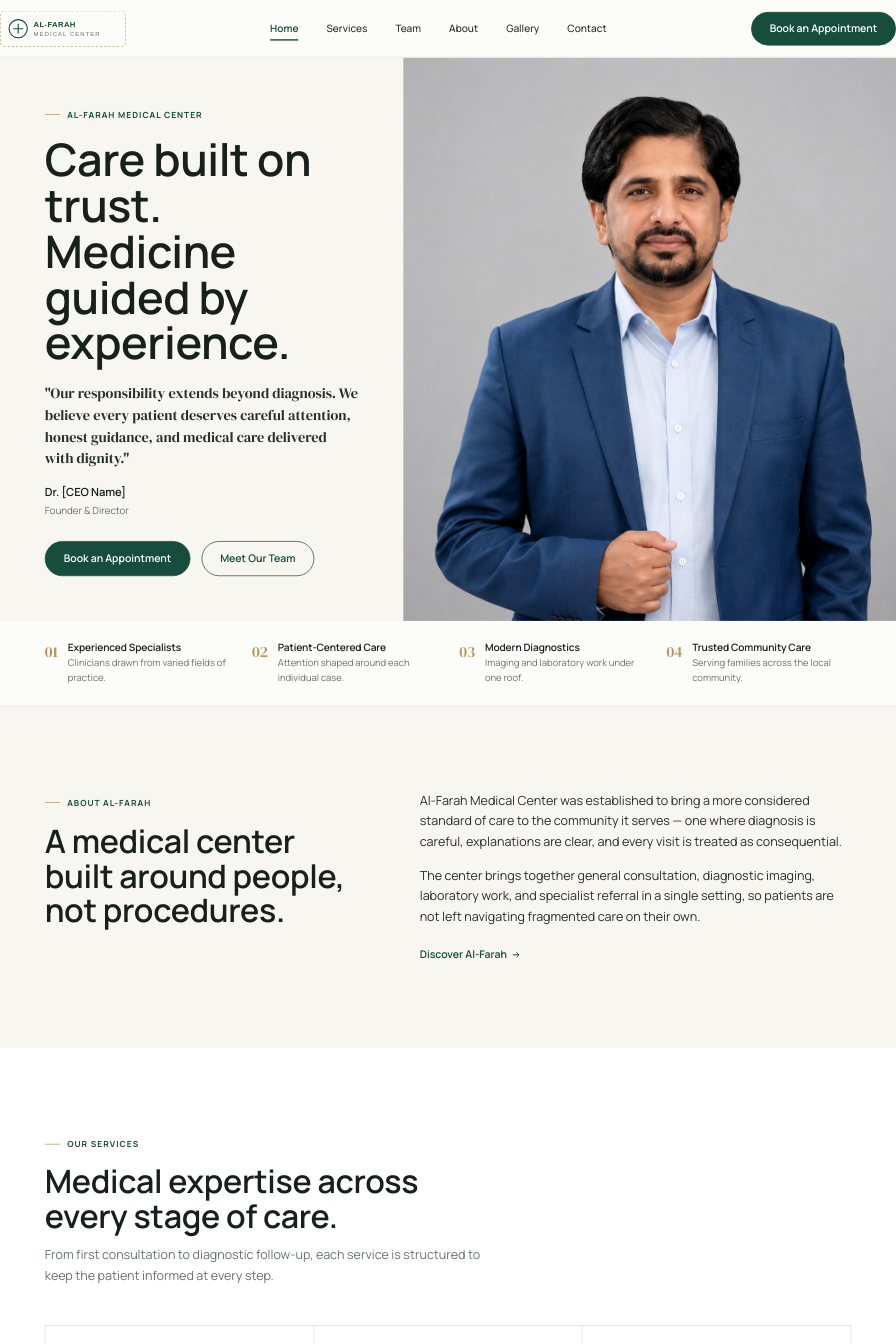
Repository: mraeesaziz45/al-farah
Page: index.html
An editor plug-in stored every save of this project. The page is shown before and after the next save, followed by the edit.
The browser window is 1280 px wide. The pictures show the part of the page from y = 0 to 1920 px (the page is 5881 px tall before and 5846 px after), at 70% of full size.

Above is the page before, as saved 2026-09-08 16:12:36.

### index.html
<!DOCTYPE html>
<html lang="en">
<head>
<meta charset="UTF-8">
<meta name="viewport" content="width=device-width, initial-scale=1.0">
<title>Al-Farah Medical Center — Care Built on Trust</title>
<meta name="description" content="Al-Farah Medical Center provides experienced, patient-centered medical care — general consultation, diagnostics, radiology, and specialist services.">
<meta property="og:title" content="Al-Farah Medical Center">
<meta property="og:description" content="Care built on trust. Medicine guided by experience.">
<meta property="og:type" content="website">
<link rel="preconnect" href="https://fonts.googleapis.com">
<link rel="preconnect" href="https://fonts.gstatic.com" crossorigin>
<link href="https://fonts.googleapis.com/css2?family=Manrope:wght@400;500;600;700&family=DM+Serif+Display:ital@0;1&display=swap" rel="stylesheet">
<link rel="stylesheet" href="css/style.css">
</head>
<body>
<a href="#main" class="skip-link">Skip to content</a>

<header class="site-header">
  <div class="container header-inner">
    <a href="index.html" class="logo-link">
      <img src="assets/logo/logo-placeholder.svg" alt="Al-Farah Medical Center" width="180" height="52">
    </a>
    <nav class="main-nav" aria-label="Primary">
      <a href="index.html" aria-current="page">Home</a>
      <a href="services.html">Services</a>
      <a href="team.html">Team</a>
      <a href="about.html">About</a>
      <a href="gallery.html">Gallery</a>
      <a href="contact.html">Contact</a>
    </nav>
    <div class="header-actions">
      <a href="contact.html" class="btn btn-primary header-cta-desktop">Book an Appointment</a>
      <button class="menu-toggle" aria-expanded="false" aria-controls="mobileMenu" aria-label="Open menu">
        <span class="bar"></span>
      </button>
    </div>
  </div>
</header>

<div class="mobile-menu" id="mobileMenu">
  <div class="mobile-menu-top">
    <img src="assets/logo/logo-placeholder.svg" alt="Al-Farah Medical Center" width="150" height="44">
    <button class="mobile-menu-close" aria-label="Close menu">
      <svg viewBox="0 0 24 24" fill="none" stroke="currentColor" stroke-width="1.6"><line x1="5" y1="5" x2="19" y2="19"/><line x1="19" y1="5" x2="5" y2="19"/></svg>
    </button>
  </div>
  <nav class="mobile-nav" aria-label="Mobile">
    <a href="index.html" aria-current="page">Home</a>
    <a href="services.html">Services</a>
    <a href="team.html">Team</a>
    <a href="about.html">About</a>
    <a href="gallery.html">Gallery</a>
    <a href="contact.html">Contact</a>
  </nav>
  <div class="mobile-menu-cta">
    <a href="contact.html" class="btn btn-primary">Book an Appointment</a>
  </div>
</div>

<main id="main">

  <!-- HERO -->
  <section class="hero">
    <div class="hero-content">
      <div class="hero-content-inner" data-reveal>
        <p class="eyebrow">Al-Farah Medical Center</p>
        <h1 class="hero-headline">Care built on trust. Medicine guided by experience.</h1>
        <p class="hero-quote serif-statement">"Our responsibility extends beyond diagnosis. We believe every patient deserves careful attention, honest guidance, and medical care delivered with dignity."</p>
        <div class="hero-attribution">
          <span class="name">Dr. [CEO Name]</span>
          <span class="role">Founder &amp; Director</span>
        </div>
        <div class="cta-row">
          <a href="contact.html" class="btn btn-primary">Book an Appointment</a>
          <a href="team.html" class="btn btn-secondary">Meet Our Team</a>
        </div>
      </div>
    </div>
    <div class="hero-media">
      <img src="assets/images/team/director-home-2.png" alt="Portrait of the Founder and Director of Al-Farah Medical Center" width="1200" height="1400">
    </div>
  </section>

  <!-- TRUST STRIP -->
  <section class="trust-strip">
    <div class="container trust-grid">
      <div class="trust-item">
        <span class="trust-mark">01</span>
        <div>
          <h3>Experienced Specialists</h3>
          <p>Clinicians drawn from varied fields of practice.</p>
        </div>
      </div>
      <div class="trust-item">
        <span class="trust-mark">02</span>
        <div>
          <h3>Patient-Centered Care</h3>
          <p>Attention shaped around each individual case.</p>
        </div>
      </div>
      <div class="trust-item">
        <span class="trust-mark">03</span>
        <div>
          <h3>Modern Diagnostics</h3>
          <p>Imaging and laboratory work under one roof.</p>
        </div>
      </div>
      <div class="trust-item">
        <span class="trust-mark">04</span>
        <div>
          <h3>Trusted Community Care</h3>
          <p>Serving families across the local community.</p>
        </div>
      </div>
    </div>
  </section>

  <!-- INTRODUCTION -->
  <section class="section bg-cream">
    <div class="container editorial-split">
      <div class="col-label" data-reveal>
        <p class="eyebrow">About Al-Farah</p>
        <h2 class="h2">A medical center built around people, not procedures.</h2>
      </div>
      <div class="col-text" data-reveal>
        <p class="body-lg">Al-Farah Medical Center was established to bring a more considered standard of care to the community it serves — one where diagnosis is careful, explanations are clear, and every visit is treated as consequential.</p>
        <p class="body-lg">The center brings together general consultation, diagnostic imaging, laboratory work, and specialist referral in a single setting, so patients are not left navigating fragmented care on their own.</p>
        <a href="about.html" class="text-link">Discover Al-Farah <svg width="14" height="14" viewBox="0 0 16 16" fill="none" stroke="currentColor" stroke-width="1.6"><path d="M3 8h10M9 4l4 4-4 4"/></svg></a>
      </div>
    </div>
  </section>

  <!-- SERVICES -->
  <section class="section bg-white">
    <div class="container">
      <div class="section-head" data-reveal>
        <p class="eyebrow">Our Services</p>
        <h2 class="h2">Medical expertise across every stage of care.</h2>
        <p class="body-lg muted">From first consultation to diagnostic follow-up, each service is structured to keep the patient informed at every step.</p>
      </div>
    </div>
    <div class="container">
      <div class="services-grid" data-reveal-group>
        <a class="service-card" href="services.html#radiology" data-reveal>
          <span class="service-index">01</span>
          <h3 class="h4">Radiology &amp; Imaging</h3>
          <p>Diagnostic imaging with specialist review and clear reporting for referring physicians and patients alike.</p>
          <span class="service-arrow">Learn more <svg viewBox="0 0 16 16" fill="none" stroke="currentColor" stroke-width="1.6"><path d="M3 8h10M9 4l4 4-4 4"/></svg></span>
        </a>
        <a class="service-card" href="services.html#consultation" data-reveal>
          <span class="service-index">02</span>
          <h3 class="h4">General Consultation</h3>
          <p>A starting point for most patients — assessment, history, and a considered plan for next steps.</p>
          <span class="service-arrow">Learn more <svg viewBox="0 0 16 16" fill="none" stroke="currentColor" stroke-width="1.6"><path d="M3 8h10M9 4l4 4-4 4"/></svg></span>
        </a>
        <a class="service-card" href="services.html#laboratory" data-reveal>
          <span class="service-index">03</span>
          <h3 class="h4">Laboratory Diagnostics</h3>
          <p>Standard laboratory testing processed with attentive turnaround and clear result explanation.</p>
          <span class="service-arrow">Learn more <svg viewBox="0 0 16 16" fill="none" stroke="currentColor" stroke-width="1.6"><path d="M3 8h10M9 4l4 4-4 4"/></svg></span>
        </a>
        <a class="service-card" href="services.html#specialist" data-reveal>
          <span class="service-index">04</span>
          <h3 class="h4">Specialist Consultation</h3>
          <p>Referral access to specialist practitioners for cases that require focused, ongoing attention.</p>
          <span class="service-arrow">Learn more <svg viewBox="0 0 16 16" fill="none" stroke="currentColor" stroke-width="1.6"><path d="M3 8h10M9 4l4 4-4 4"/></svg></span>
        </a>
        <a class="service-card" href="services.html#preventive" data-reveal>
          <span class="service-index">05</span>
          <h3 class="h4">Preventive Care</h3>
          <p>Routine screening and check-ups oriented around early detection rather than late intervention.</p>
          <span class="service-arrow">Learn more <svg viewBox="0 0 16 16" fill="none" stroke="currentColor" stroke-width="1.6"><path d="M3 8h10M9 4l4 4-4 4"/></svg></span>
        </a>
        <a class="service-card" href="services.html#patient-support" data-reveal>
          <span class="service-index">06</span>
          <h3 class="h4">Patient Support</h3>
          <p>Administrative and follow-up support so patients are never left uncertain about their next step.</p>
          <span class="service-arrow">Learn more <svg viewBox="0 0 16 16" fill="none" stroke="currentColor" stroke-width="1.6"><path d="M3 8h10M9 4l4 4-4 4"/></svg></span>
        </a>
      </div>
    </div>
  </section>

  <!-- FEATURED LEADER -->
  <section class="feature-leader bg-forest">
    <div class="feature-leader-media">
      <img src="assets/images/team/director-home-3.png" alt="Portrait of the Founder and Director" width="1000" height="1250" loading="lazy" decoding="async">
    </div>
    <div class="feature-leader-content">
      <div data-reveal>
        <p class="eyebrow">Leadership</p>
        <h2 class="h2">Medicine begins with listening.</h2>
        <p class="feature-leader-quote serif-statement">"A correct diagnosis starts with a patient who feels heard. Everything at Al-Farah is organized around that principle."</p>
        <div class="feature-leader-attr">
          <span class="name">Dr. [Director Name]</span>
          <span class="role">Founder &amp; Director</span>
        </div>
        <a href="team.html" class="btn btn-secondary">Meet the Team</a>
      </div>
    </div>
  </section>

  <!-- WHY AL-FARAH -->
  <section class="section bg-cream">
    <div class="container principles-layout">
      <div class="principles-statement" data-reveal>
        <p class="eyebrow">Why Al-Farah</p>
        <h2 class="h2">Experienced hands. Thoughtful diagnosis. Human care.</h2>
      </div>
      <div class="principle-list" data-reveal-group>
        <div class="principle-item" data-reveal>
          <span class="principle-num">01</span>
          <div>
            <h3 class="h4">Expertise</h3>
            <p>Every consultation draws on clinical training and continued attention to current practice, not routine.</p>
          </div>
        </div>
        <div class="principle-item" data-reveal>
          <span class="principle-num">02</span>
          <div>
            <h3 class="h4">Integrity</h3>
            <p>Patients receive honest assessments, including when the honest answer is a referral elsewhere.</p>
          </div>
        </div>
        <div class="principle-item" data-reveal>
          <span class="principle-num">03</span>
          <div>
            <h3 class="h4">Attention</h3>
            <p>Consultations are structured so patients have time to ask questions and understand their options.</p>
          </div>
        </div>
        <div class="principle-item" data-reveal>
          <span class="principle-num">04</span>
          <div>
            <h3 class="h4">Continuity</h3>
            <p>Records, imaging, and lab results stay connected, so follow-up care builds on what came before.</p>
          </div>
        </div>
      </div>
    </div>
  </section>

  <!-- GALLERY PREVIEW -->
  <section class="section bg-white">
    <div class="container">
      <div class="section-head-row" data-reveal>
        <div>
          <p class="eyebrow">Inside Al-Farah</p>
          <h2 class="h2">A closer look at our people, spaces, and everyday work.</h2>
        </div>
        <a href="gallery.html" class="text-link">Explore the Gallery <svg width="14" height="14" viewBox="0 0 16 16" fill="none" stroke="currentColor" stroke-width="1.6"><path d="M3 8h10M9 4l4 4-4 4"/></svg></a>
      </div>
    </div>
    <div class="container">
      <div class="gallery-preview-grid" data-reveal>
        <a class="gp-item gp-1" href="gallery.html"><img src="assets/images/gallery-preview-01.jpg" alt="Al-Farah Medical Center facility" loading="lazy" decoding="async"></a>
        <a class="gp-item gp-2" href="gallery.html"><img src="assets/images/gallery-preview-02.jpg" alt="Clinic culture at Al-Farah" loading="lazy" decoding="async"></a>
        <a class="gp-item gp-3" href="gallery.html"><img src="assets/images/gallery-preview-03.jpg" alt="Al-Farah care team" loading="lazy" decoding="async"></a>
        <a class="gp-item gp-4" href="gallery.html"><img src="assets/images/gallery-preview-04.jpg" alt="Al-Farah facility interior" loading="lazy" decoding="async"></a>
      </div>
    </div>
  </section>

  <!-- APPOINTMENT CTA -->
  <section class="cta-band bg-forest-deep">
    <div class="container">
      <h2 class="h2" data-reveal>When your health matters, every detail matters.</h2>
      <p class="body-lg" data-reveal>Reach the Al-Farah team directly to arrange a consultation, or send us a message and we'll confirm a time that works for you.</p>
      <div class="cta-row" data-reveal>
        <a href="contact.html" class="btn btn-primary">Book an Appointment</a>
      </div>
      <p class="cta-secondary-text" data-reveal><a href="contact.html" class="text-link">Contact the Center</a></p>
    </div>
  </section>

</main>

<footer class="site-footer">
  <div class="container footer-grid">
    <div>
      <img src="assets/logo/logo-placeholder-light.svg" alt="Al-Farah Medical Center" class="footer-logo" width="170" height="50">
      <p class="footer-about">Al-Farah Medical Center provides trusted medical care with an emphasis on expertise, dignity, and patient-centered service.</p>
    </div>
    <div class="footer-col">
      <p class="footer-col-title">Navigation</p>
      <ul>
        <li><a href="index.html">Home</a></li>
        <li><a href="services.html">Services</a></li>
        <li><a href="team.html">Team</a></li>
        <li><a href="about.html">About</a></li>
        <li><a href="gallery.html">Gallery</a></li>
        <li><a href="contact.html">Contact</a></li>
      </ul>
    </div>
    <div class="footer-col">
      <p class="footer-col-title">Services</p>
      <ul>
        <li><a href="services.html#radiology">Radiology</a></li>
        <li><a href="services.html#consultation">Consultation</a></li>
        <li><a href="services.html#laboratory">Diagnostics</a></li>
        <li><a href="services.html#specialist">Specialist Care</a></li>
      </ul>
    </div>
    <div class="footer-col">
      <p class="footer-col-title">Contact</p>
      <ul>
        <li>[Clinic Address Placeholder]</li>
        <li>[Phone Number Placeholder]</li>
        <li>[Email Address Placeholder]</li>
        <li>[Opening Hours Placeholder]</li>
      </ul>
    </div>
  </div>
  <div class="container footer-bottom">
    <p>&copy; 2026 Al-Farah Medical Center</p>
    <div class="footer-legal">
      <a href="#">Privacy Policy</a>
      <a href="#">Terms</a>
    </div>
  </div>
</footer>

<script src="js/main.js"></script>
</body>
</html>

Loaded but not shown: js/main.js (276 lines, source omitted); css/style.css (1057 lines, source omitted)

After the next save:
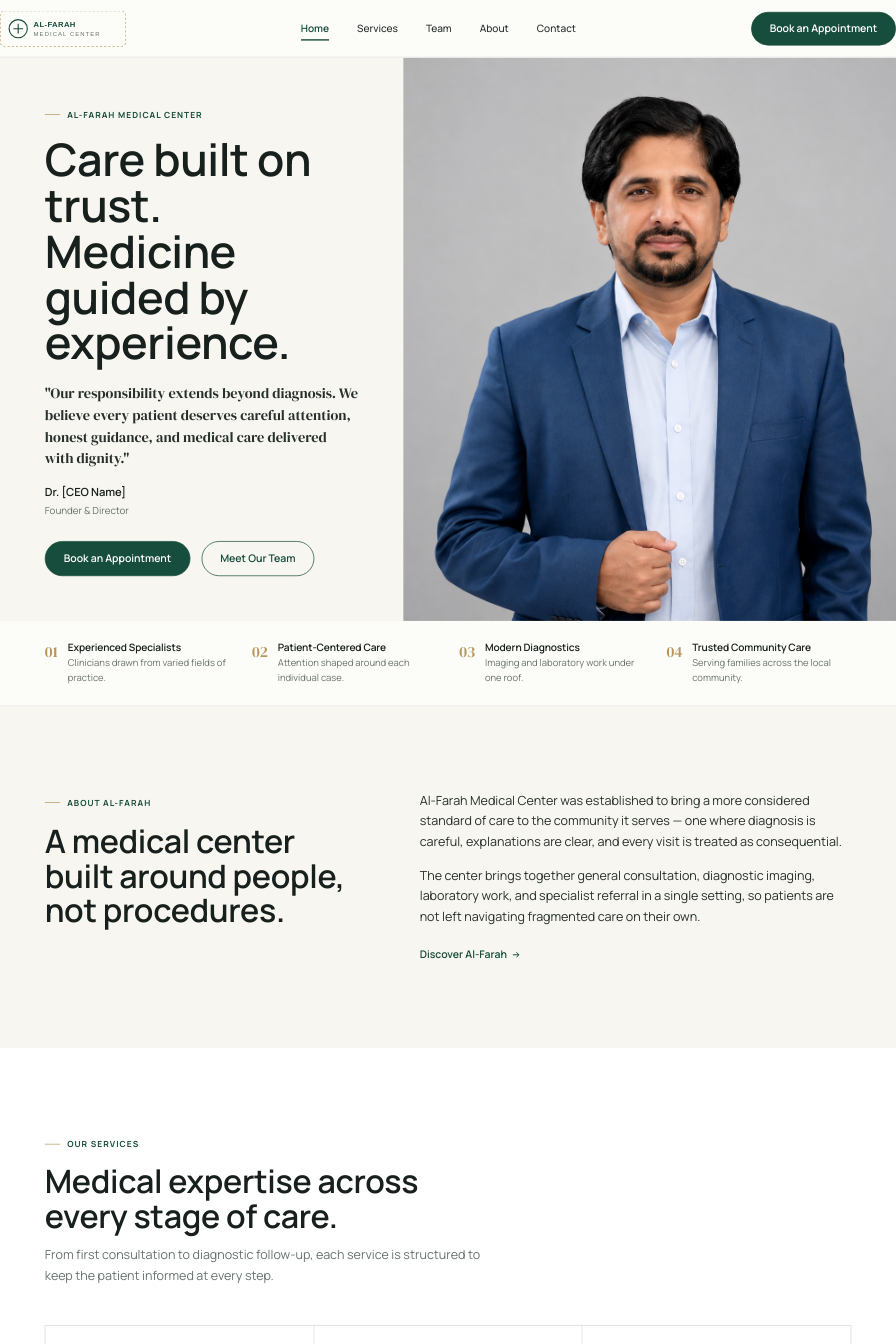
Saved 2 s later.
--- a/index.html
+++ b/index.html
@@ -26,7 +26,6 @@
       <a href="services.html">Services</a>
       <a href="team.html">Team</a>
       <a href="about.html">About</a>
-      <a href="gallery.html">Gallery</a>
       <a href="contact.html">Contact</a>
     </nav>
     <div class="header-actions">
@@ -50,7 +49,6 @@
     <a href="services.html">Services</a>
     <a href="team.html">Team</a>
     <a href="about.html">About</a>
-    <a href="gallery.html">Gallery</a>
     <a href="contact.html">Contact</a>
   </nav>
   <div class="mobile-menu-cta">
@@ -249,15 +247,10 @@
           <p class="eyebrow">Inside Al-Farah</p>
           <h2 class="h2">A closer look at our people, spaces, and everyday work.</h2>
         </div>
-        <a href="gallery.html" class="text-link">Explore the Gallery <svg width="14" height="14" viewBox="0 0 16 16" fill="none" stroke="currentColor" stroke-width="1.6"><path d="M3 8h10M9 4l4 4-4 4"/></svg></a>
       </div>
     </div>
     <div class="container">
       <div class="gallery-preview-grid" data-reveal>
-        <a class="gp-item gp-1" href="gallery.html"><img src="assets/images/gallery-preview-01.jpg" alt="Al-Farah Medical Center facility" loading="lazy" decoding="async"></a>
-        <a class="gp-item gp-2" href="gallery.html"><img src="assets/images/gallery-preview-02.jpg" alt="Clinic culture at Al-Farah" loading="lazy" decoding="async"></a>
-        <a class="gp-item gp-3" href="gallery.html"><img src="assets/images/gallery-preview-03.jpg" alt="Al-Farah care team" loading="lazy" decoding="async"></a>
-        <a class="gp-item gp-4" href="gallery.html"><img src="assets/images/gallery-preview-04.jpg" alt="Al-Farah facility interior" loading="lazy" decoding="async"></a>
       </div>
     </div>
   </section>
@@ -289,7 +282,6 @@
         <li><a href="services.html">Services</a></li>
         <li><a href="team.html">Team</a></li>
         <li><a href="about.html">About</a></li>
-        <li><a href="gallery.html">Gallery</a></li>
         <li><a href="contact.html">Contact</a></li>
       </ul>
     </div>
